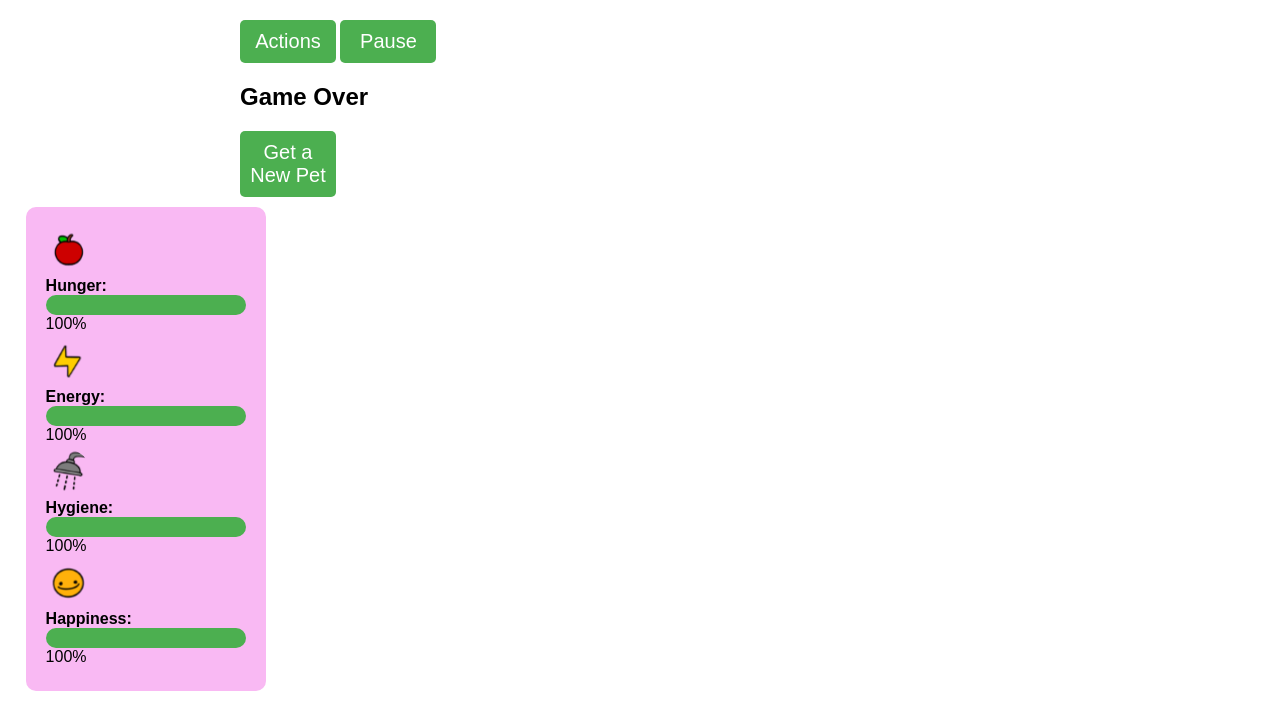
Repository: sarahjx/CapyCare
Page: html/index.html
These files come from the project's save history. The page is drawn as it stood at one moment and after the next save; the edit follows.
The browser window is 1280 px wide. The pictures show the whole page.
Some web fonts or font styles are not loaded; a fallback is used.

Above is the page before, as saved 2025-04-30 18:21:01.

After the next save:
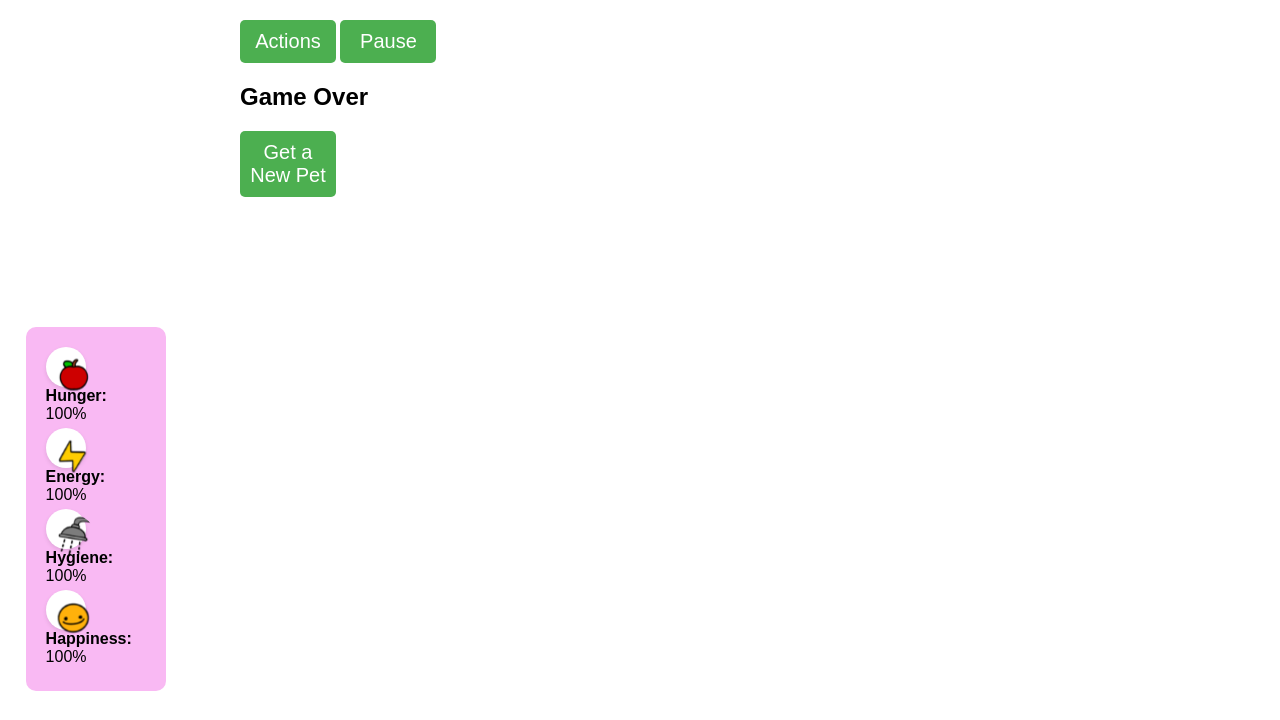
Saved 19 s later.
--- a/css/statusbar.css
+++ b/css/statusbar.css
@@ -1,8 +1,10 @@
+/** @format */
+
 :root {
-  --primary-color: #F9D9D9;
-  --secondary-color: #D9E7F9;
-  --tertiary-color: #FFF1FB;
-  --accent-color: #F7EFD7;
+  --primary-color: #f9d9d9;
+  --secondary-color: #d9e7f9;
+  --tertiary-color: #fff1fb;
+  --accent-color: #f7efd7;
   --text-color: #333;
   --spacing-xs: 0.5rem;
   --spacing-sm: 0.75rem;
@@ -10,7 +12,7 @@
   --spacing-lg: 1.5rem;
   --spacing-xl: 2rem;
   --spacing-xxl: 3rem;
-  --font-family: 'McLaren', sans-serif;
+  --font-family: "McLaren", sans-serif;
   --font-size-xs: 0.75rem;
   --font-size-sm: 0.875rem;
   --font-size-md: 1rem;
@@ -44,8 +46,20 @@ body {
   flex-direction: column;
 }
 
+.status-row {
+  display: flex;
+  align-items: center;
+  margin: 10px 0;
+  gap: 10px;
+}
+
 .status-icon {
-  padding: 0;
+  width: 30px;
+  height: 30px;
+  padding: 5px;
+  background-color: white;
+  border-radius: 50%;
+  box-shadow: 0 2px 4px rgba(0, 0, 0, 0.1);
 }
 
 .status-label {
@@ -54,18 +68,20 @@ body {
   font-weight: bold;
 }
 
-.status-progress {
-  width: 200px;
+.bar {
+  flex: 1;
   height: 20px;
   background-color: #eee;
   border-radius: 10px;
   overflow: hidden;
+  position: relative;
 }
 
 .status-fill {
   height: 100%;
   background-color: #4caf50;
   transition: width 0.3s ease;
+  border-radius: 10px;
 }
 
 .action-buttons {
@@ -79,12 +95,10 @@ body {
   position: fixed;
   right: 2%;
   bottom: 4%;
-
 }
 
-
 button {
-  padding: 10px ;
+  padding: 10px;
   border: none;
   border-radius: 5px;
   background-color: #4caf50;
@@ -95,7 +109,6 @@ button {
   font-family: var(--font-family);
   font-weight: 7pt;
   font-size: var(--font-size-xl);
-
 }
 
 button:hover {
